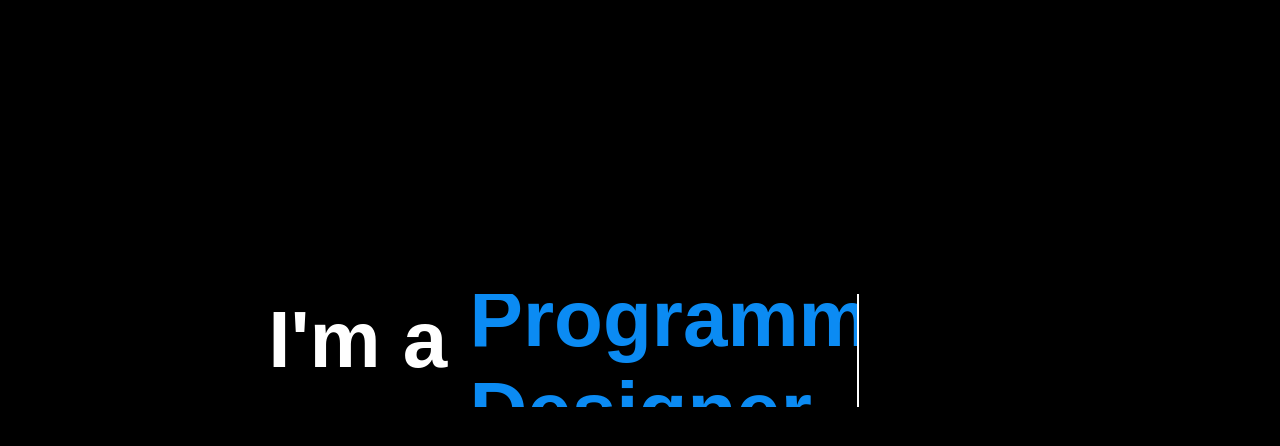
Repository: DevMike1993/Animations_HTML_CSS_JAVASCRIPT
Page: xx_Type_Text_Animation/index.html
These files come from the project's save history. The page is drawn as it stood at one moment and after a run of saves; the edit follows.
The browser window is 1280 px wide. The pictures show the whole page.

Above is the page before, as saved 2023-12-03 16:38:01.

### xx_Type_Text_Animation/index.html
<!DOCTYPE html>
<html lang="en">
<head>
    <meta charset="UTF-8">
    <meta name="viewport" content="width=device-width, initial-scale=1.0">
    <link rel="stylesheet" href="style.css">
    <title>Type Text Animation</title>
</head>
<body>
    <div= class="text-box">
        <div class="fixed-text">I'm a</div>
        <div class="animated-text">
            <div>
                <span>Photographer.</span>
                <span>Programmer.</span>
                <span>Designer.</span>
            </div>
        </div>
    </div>
</body>
</html>

### xx_Type_Text_Animation/style.css
*,*:after,*:before{
    -webkit-box-sizing: border-box;
    -moz-box-sizing: border-box;
    -ms-box-sizing: border-box;
    box-sizing: border-box;
}

body {
    font-family: "Montserrat", sans-serif;
    font-size: 18px;
    margin: 0;
    background: #000;
    color: rgb(11, 139, 243);
    display: flex;
    align-items: center;
    font-size-adjust: center;
    justify-content: space-around;
    min-height: 100vh;
}

.text-box {
    font-size: 80px;
    font-weight: 900;
    text-align: center;
    width: 100%;
}

.fixed-text {
    display: inline-block;
    color: #fff;
    vertical-align: top;
}

.animated-text {
    display: inline-block;
    height: 113px;
    overflow: hidden;
}

.animated-text div{
    animation: 9s wordChange;
    animation-iteration-count: infinite;
    animation-timing-function: steps(1);
}

.animated-text span {
    position: relative;
    color: rgb(11, 139, 243);
    display: block;
    text-align: left;
}

.animated-text span:after {
    content: "";
    position: absolute;
    left: 0;
    height: 100%;
    border-left: 2px solid white;
    right: -2px;
    background-color: #000;
    animation: 3s textType;
    animation-iteration-count: infinite;
    animation-timing-function: steps(14);
    animation-fill-mode: backwards;
}

@keyframes textType {
    0%{
        left: 0%;
    }
    50%{
        left: 100%;
    }
    100%{
        left: 0%;
    }
}

@keyframes wordChange {
    0%{
        margin-top: 0;
    }
    33.333%{
        margin-top: -113px;
    }
    66.666%{
        margin-top: -226px;
    }
    100%{
        margin-top: 0;
    }
}

After the next 4 saves:
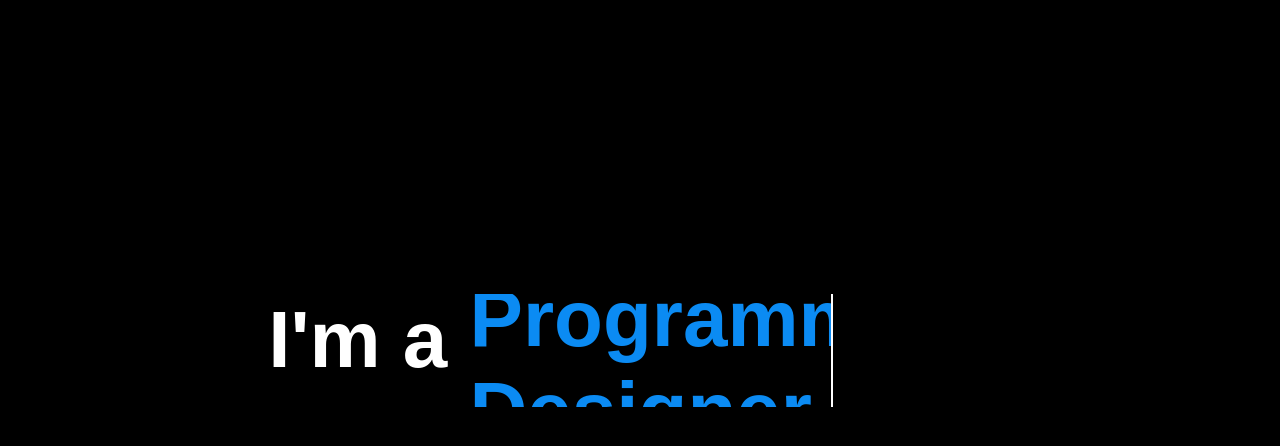
The 4 saves are shown as one change because they came seconds apart.
The last was saved 34 s later.
--- a/xx_Type_Text_Animation/style.css
+++ b/xx_Type_Text_Animation/style.css
@@ -60,7 +60,7 @@ body {
     background-color: #000;
     animation: 3s textType;
     animation-iteration-count: infinite;
-    animation-timing-function: steps(14);
+    animation-timing-function: steps(12);
     animation-fill-mode: backwards;
 }
 
